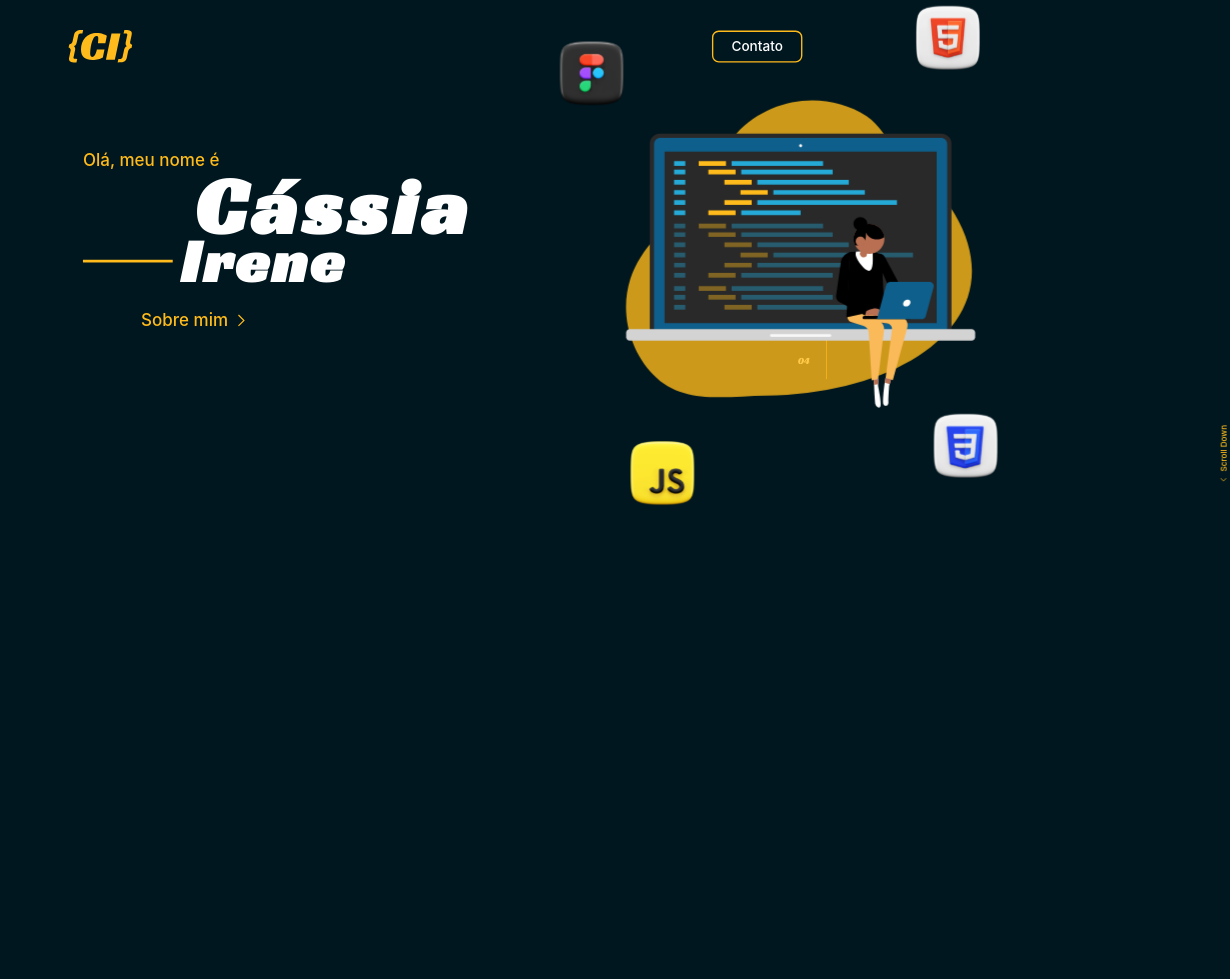
Repository: Cassia-Irene/My-Portfolio
Page: /
These files come from the project's save history. The page is drawn as it stood at one moment and after a run of saves; the edit follows.
The browser window is 1280 px wide. The page is 1809 px wide, so the pictures cover 1809 px, including what lies to the right of the window. The pictures show the whole page, at 68% of full size.
The project was rebuilt for these pictures with package versions that can differ from the ones it lists, and the page was loaded fresh each time. Also part of the build but not shown: vite.config.ts.

Above is the page before, as saved 2025-08-03 22:06:41.

After the next 2 saves:
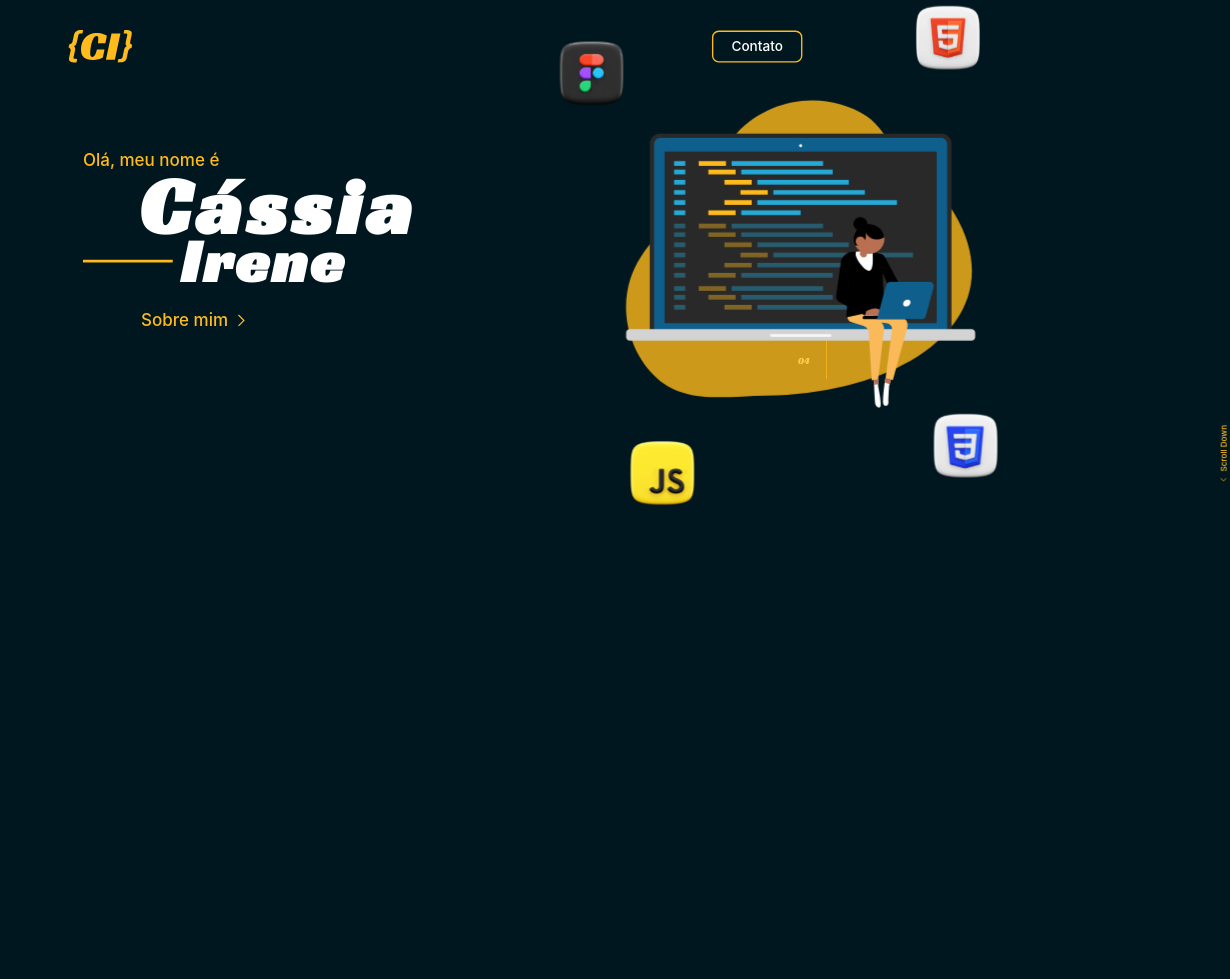
The 2 saves are shown as one change because they came seconds apart.
The last was saved 17 s later.
--- a/src/Hero.tsx
+++ b/src/Hero.tsx
@@ -37,7 +37,7 @@ const Name = styled.h1`
   letter-spacing: 8px;
   position: relative;
   margin-top: -23px;
-  left: 40%;
+  left: 20%;
 `;
 
 const IreneWrapper = styled.div`
